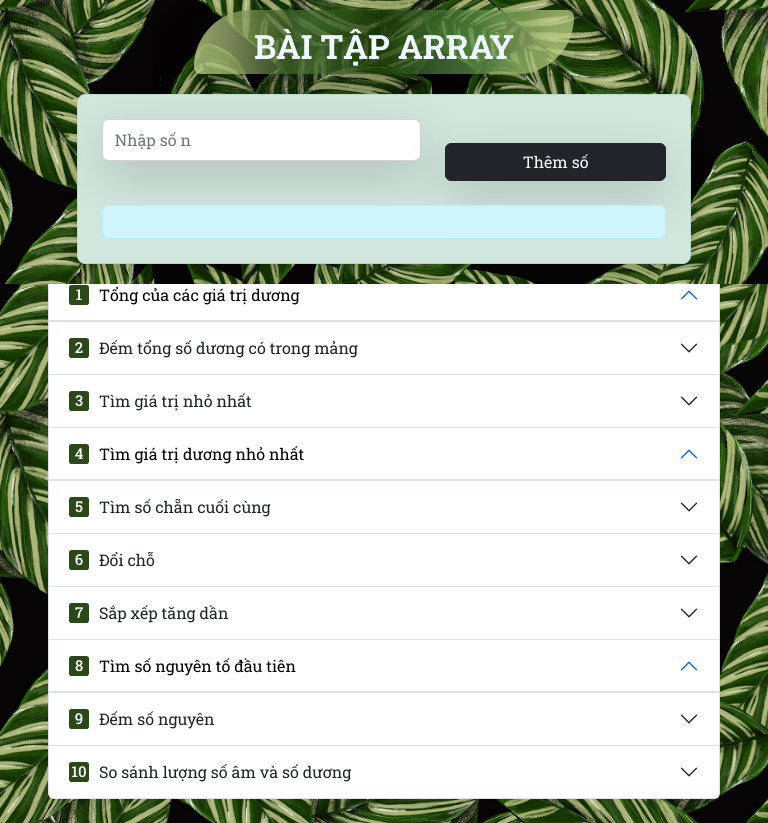
Repository: hcozyph/TranHuuPhuoc_BC43_BT_JS_Buoi7_8_ARRAY
Page: index.html
The author's editor kept a copy of each file at every save. The page is drawn from the files as they stood at one save, then again after the next save.
The browser window is 768 px wide. The pictures show the whole page.
Backgrounds fixed to the window are drawn as part of the page.

Above is the page before, as saved 2023-02-26 13:51:54.

After the next save:
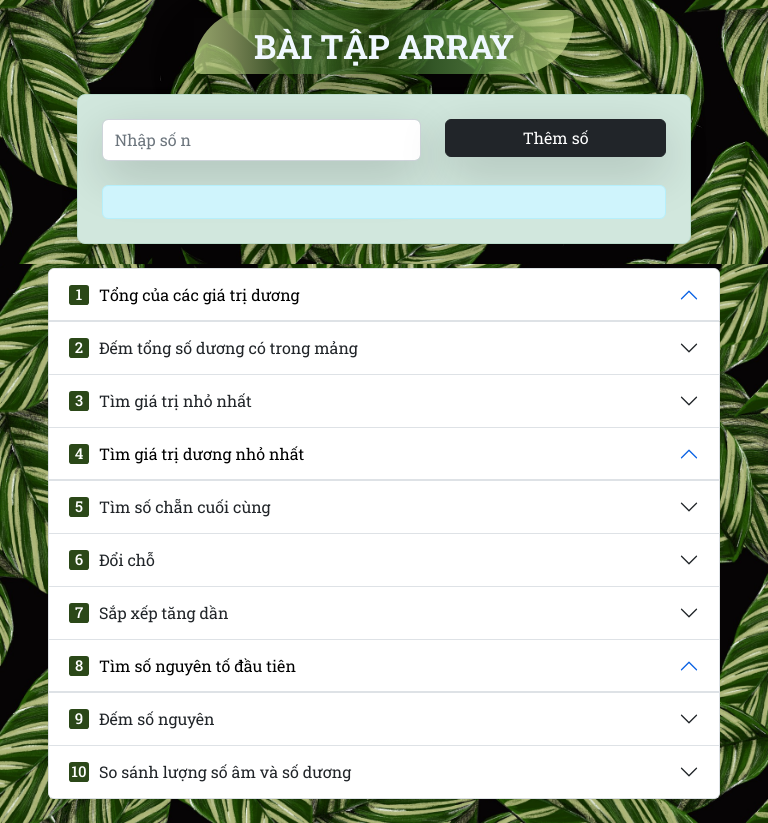
Saved 36 s later.
--- a/css/index.css
+++ b/css/index.css
@@ -107,7 +107,6 @@
 
     #user-btn {
         width: 100%;
-        margin-top: 24px;
     }
 }
 @media only screen and (max-width: 739px) {
